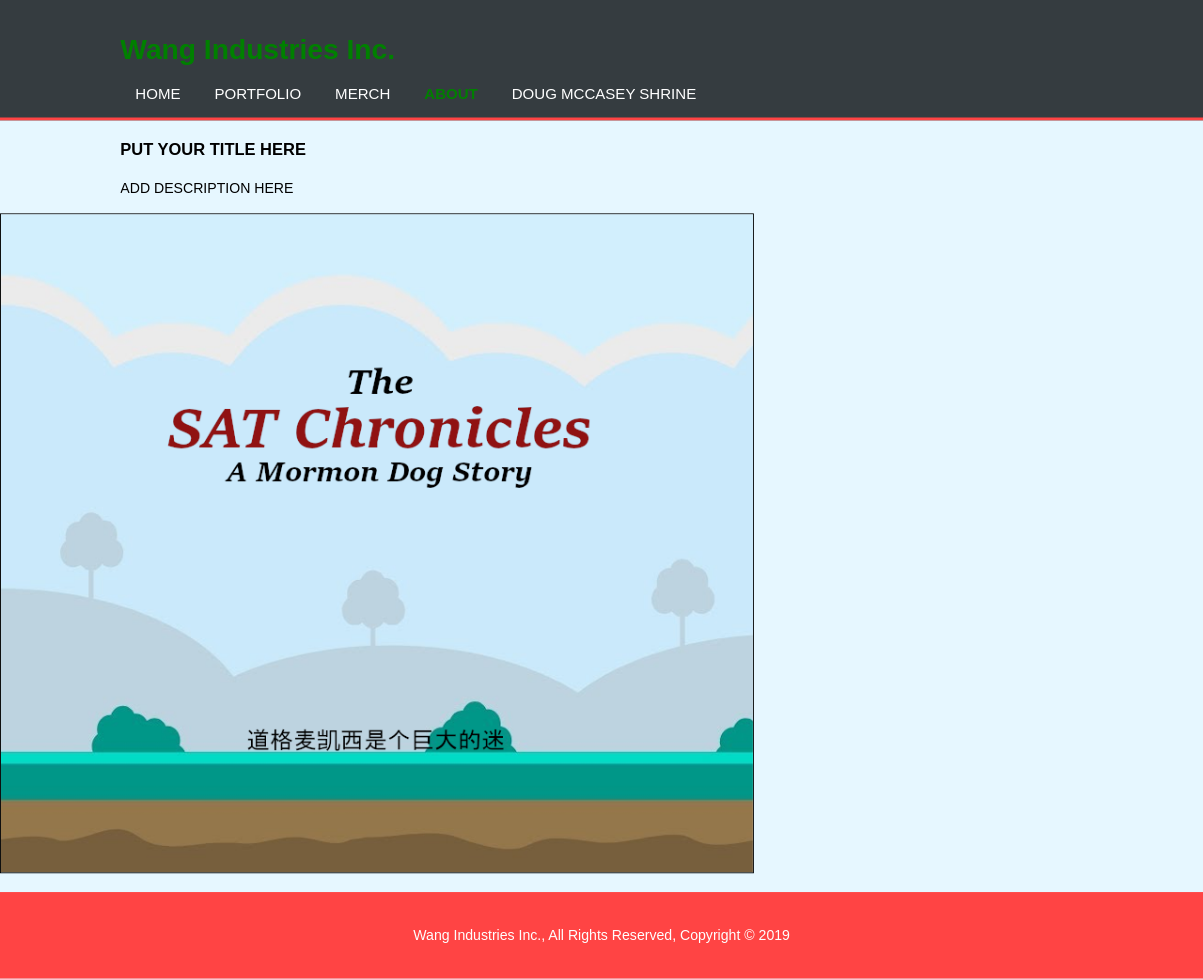
Repository: albert031/albert031.github.io
Page: projects/thesatchronicles.html
The author's editor kept a record of every edit. The page is drawn from the files as they stood at one moment, then again after the next edit.
The browser window is 1280 px wide. The pictures show the whole page, at 94% of full size.

Above is the page before.

### projects/thesatchronicles.html
<!DOCTYPE HTML w/ Processing>

<html>
  <head>
      <meta http-equiv="Content-Type" content="text/html; charset=UTF-8" />
      <title>Albert's Website | The SAT Chronicles</title>
      <script type="text/javascript" src="../js/processing.js"></script>
      <meta name=viewport content=width=device-width>
      <link rel=stylesheet type=text/css href=../css/style.css>
  </head>

  <body>
    <header>
        <div class=container>
            <div id=branding>
                <h1 class=highlight>Wang Industries Inc.</h1>
            </div>
        </div>
        <nav>
            <div class=dropdown>
                <button class=dropbtn><a href=../index.html>Home</a></button>
            </div>
            <div class=dropdown>
                <button class=dropbtn><a href=../portfolio.html>Portfolio</a></button>
                <div class=dropdown-content>
                    <a href="#">Dagu makkeishī Ramen Noodles™</a>
                    <a href="#">Dagu makkeishī ChopSticks™</a>
                    <a href="#">Dagu makkeishī Premium Soysauce Ultra Mega Doug Size™</a>
                </div>
            </div>
            <div class=dropdown>
                <button class=dropbtn><a href=../merch.html>Merch</a></button>
                <div class=dropdown-content>
                    <a href="#">Dagu makkeishī Ramen Noodles™</a>
                    <a href="#">Dagu makkeishī ChopSticks™</a>
                    <a href="#">Dagu makkeishī Premium Soysauce Ultra Mega Doug Size™</a>
                </div>
            </div>
            <div class=dropdown>
                <button class="dropbtn current"><a href=../about.html>About</a></button>
            </div>
            <div class=dropdown>
                <button class=dropbtn><a href=../dougshrine.html>Doug McCasey Shrine</a></button>
                <div class=dropdown-content>
                    <a href=dougthethug.html>Doug the Thug</a>
                </div>
            </div>
        </nav>
    </header>

    <section id=main>
      <div class=container>
        <article>
          <h1>PUT YOUR TITLE HERE</h1>
          <p>ADD DESCRIPTION HERE</p>
        </article>
      </div>
    </section>

    <script type="text/processing">
      PImage bg, bg1, dou, topPipe, botPipe, replayButton;
      int bgx, bgy, dx, dy, g, Vdy;
      int[] pipeX, pipeY;
      int gameState, score;
      float speed;

      void setup(){
        size(800,700);
        bg = loadImage("../imgsatchronicles/bg.png");
        bg1 = loadImage("../imgsatchronicles/startscreen.png");
        dou = loadImage("../imgsatchronicles/doug.png");
        botPipe = loadImage("../imgsatchronicles/botpipe.png");
        topPipe = loadImage("../imgsatchronicles/topPipe.png");
        replayButton = loadImage("../imgsatchronicles/replaybutton.png");
        dx = 100;
        dy = 50;
        g = 1;
        speed = 4;
        pipeX = new int[5];
        pipeY = new int[pipeX.length];
        for(int i = 0; i < pipeX.length; i++){
          pipeX[i] = width + 200*i;
          pipeY[i] = (int)random(-350, 0);
        }
        gameState = -1;
      }

      void draw(){
        if(gameState == -1){
          startScreen();
        }
        if(gameState == 0){
          setBg();
          setPipes();
          moveDoug();
          scoreCounter();
        }
        if(gameState == 1){
          fill(0);
          text("You failed the SAT", 20, 500);
          replay();
        }
      }

      void scoreCounter(){
        fill(0);
        textSize(32);
        text("SAT Score: " + 100*score, width - 300, 40);
      }


      void startScreen(){
        image(bg1, 0, 0);
        if(mousePressed){
          dy = height/2;
          gameState = 0;
        }
      }

      void replay(){
        image(replayButton, 20, 550);
      }

      void setPipes(){
        for(int i = 0; i < pipeX.length; i++){
          image(topPipe, pipeX[i], pipeY[i]);
          image(botPipe, pipeX[i], pipeY[i] + 680);
          if(score < 8){
            pipeX[i] -= 4;
          }
          else{
            pipeX[i] -= speed;
            if(speed < 6){
              speed = speed + .001;
            }
          }
          if(pipeX[i] < -200){
            pipeX[i] = width;
          }
          if(dx > (pipeX[i] - 45) && dx < pipeX[i] + 70){
            if(!(dy > pipeY[i] + 450 && dy < pipeY[i] + (450 + 230-49))){
               gameState = 1;
            }
            else if(dx == pipeX[i] || dx == pipeX[i] + 3){
              score++;
            }
          }
        }
      }

      void moveDoug(){
        image(dou, dx, dy);
        dy = dy + Vdy;
        Vdy = Vdy + g;
        if(dy > height || dy < 0){
          text("You get accused of cheating", 20, 400);
          gameState = 1;
        }
      }


      void mousePressed(){
        Vdy = -15;
        if(mouseX < 70 && mouseX > 20 && mouseY < 600 && mouseY > 500){
            setup();
            score = 0;
        }
      }

      void setBg(){
        image(bg, bgx, bgy);
        image(bg, bgx + bg.width, bgy);
        bgx = bgx - 4;
        if(bgx < -bg.width){
          bgx = 0;
        }
      }

    </script>
    <canvas id="sketch" style="border: 1px solid black;"></canvas>

    <footer>
        <p>Wang Industries Inc., All Rights Reserved, Copyright &copy 2019</p>
    </footer>
  </body>

</html>

### css/style.css
/*CSS Style Sheet */

body{
    font-family:Arial, Helvetica, sans-serif;
    font-size:15px;
    line-height:1.5;
    padding:0;
    margin:0;
    background-color:#e6f7ff;
}

/* Global */
.container{
    width:80%;
    margin:auto;
    overflow:hidden;
}

ul {
    margin:0;
    padding:0;
}

.button_1{
    height:38px;
    background:#ff4444;
    border:0;
    padding-left:20px;
    padding-right:20px;
    color:#ffffff;
}

@keyframes rainbow{
    0% {color:red;}
    17% {color:orange;}
    34% {color:yellow;}
    50% {color:green;}
    67% {color:blue;}
    84% {color:indigo;}
    100% {color:violet;}
}

/* Header */
header{
    background:#353c40;
    color:#ffffff;
    padding-top:30px;
    min-height:70px;
    border-bottom: #ff4444 3px solid;
    list-style:none;
}

header a{
    text-decoration:none;
    text-transform:uppercase;
    color:#ffffff;
}

header nav{
    width:80%;
    margin:auto;
}

.dropbtn {
  background-color: transparent;
  outline:none;
  padding: 16px;
  font-size: 16px;
  border: none;
}

/* The container <div> - needed to position the dropdown content */
.dropdown {
  position: relative;
  display: inline-block;
}

/* Dropdown Content (Hidden by Default) */
.dropdown-content {
  display: none;
  position: absolute;
  background-color: #f1f1f1;
  min-width: 160px;
  box-shadow: 0px 8px 16px 0px rgba(0,0,0,0.2);
  z-index: 1;
}

/* Links inside the dropdown */
.dropdown-content a{
  color: black;
  padding: 12px 16px;
  text-decoration: none;
  display: block;
}

/* Change color of dropdown links on hover */
.dropdown-content a:hover {
    background-color: #ddd;
}

/* Show the dropdown menu on hover */
.dropdown:hover .dropdown-content {
    display: block;
}

header #branding{
    float:left;
}

header #branding h1{
    margin:0;
}

header .highlight, header .current a{
    animation:rainbow 2s linear infinite alternate;
    font-weight:bold;
}

header a:hover{
    color:#ff0000;
    font-weight:bold;
}

/* Showcase */
#showcase{
    min-height:400px;
    background-image:url(../img/ramenpic.jpg);
    background-position:center center;
    background-repeat:no-repeat;
    text-align:center;
    color:#000000;
}

#showcase h1{
    margin-top:100px;
    font-size:55px;
    margin-bottom:10px;
}

#showcase p{
    font-size:20px;
}

#order{
    padding:15px;
    color:#ffffff;
    background:#353c40;
}

/* Order */
#order h1{
    float:left;
}

#order form{
    float:right;
    margin-top:15px;
}

#order input[type=name]{
    padding:4px;
    height:25px;
    width:250px;
}

/* Boxes */
#boxes{
    margin-top:20px;
}

#boxes .box{
    float:left;
    text-align:center;
    width:30%;
    padding:10px;
}

#boxes .box img{
    width:150px;
}

/* Main-col */
article#main-col{
    float:left;
    width:65%;
}

footer{
    padding:20px;
    margin-top:20px;
    color:#ffffff;
    background-color:#ff4444;
    text-align:center;
}

/* Boxes around each project */
.project{
	background-color: #353c40;
	font-size: 100%;
	padding: 1%;
	width: 320px;
	height: 320px;
	float: left;
	text-align:center;
	border-radius: 5px;
	margin:1%;
}

.project a{
	color:#ffffff;
	text-decoration: none;
	font-size: 16px;
}

.project h1{
    color:#ffffff;
}

.project iframe{
    width:100%;
}

.project img{
    width:100%;
}

.project a:hover{
    color:#ff0000;
    font-weight:bold;
}

/* Media Queries */
@media(max-width:768px){
    header #branding,
    header nav,
    header nav li,
    #order h1,
    #order form,
    #boxes .box{
        float:none;
        text-align:center;
        width:100%;
        }

    header{
        padding-bottom:20px;
    }

    #showcase h1{
        margin-top:40px;
    }

    #order button{
        display:block;
        width:100%;
    }

    #order form input[type=name]{
        width:100%;
        margin-bottom:5px
    }
}

Loaded but not shown: js/processing.js (library)

After the next edit:
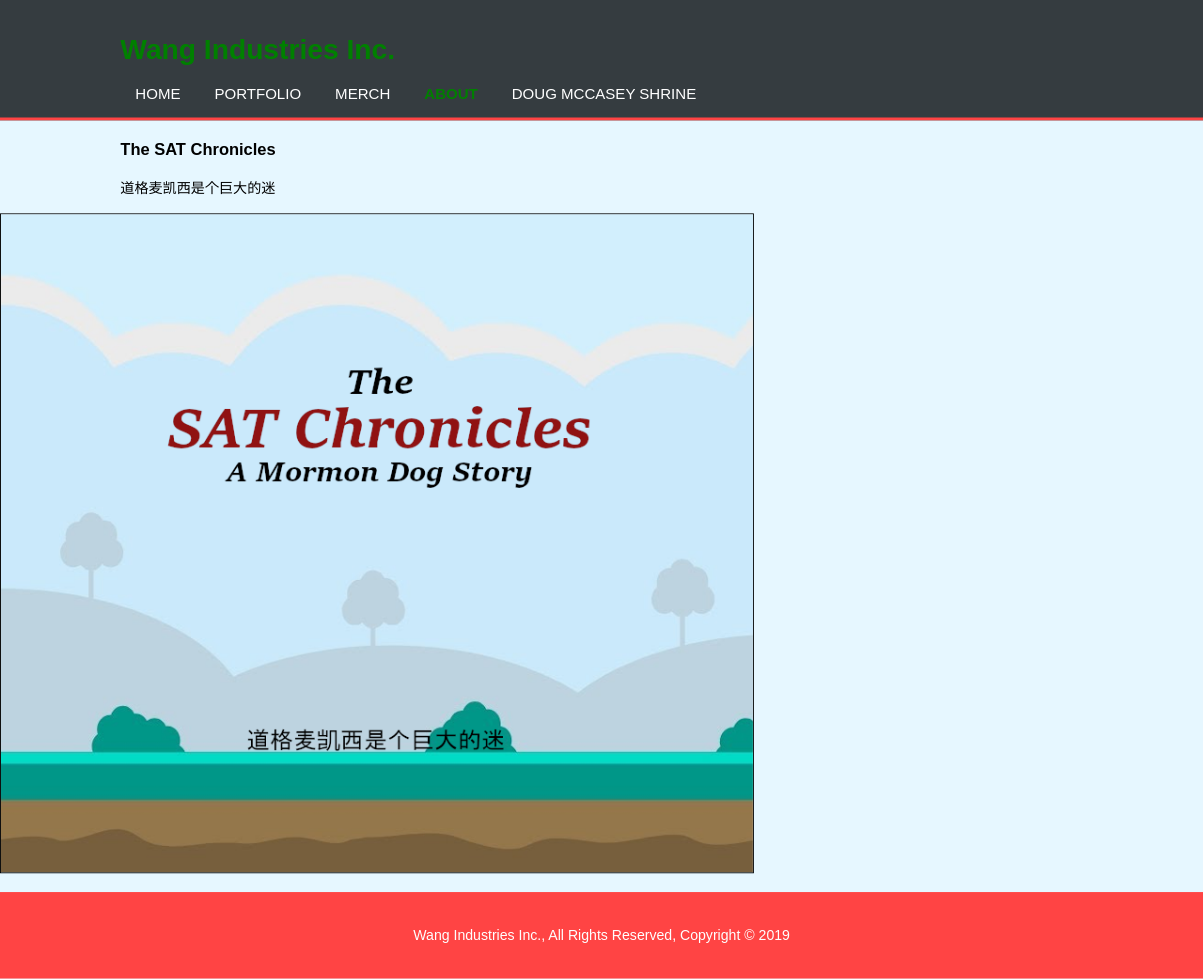
The edit:
--- a/projects/thesatchronicles.html
+++ b/projects/thesatchronicles.html
@@ -50,9 +50,9 @@
 
     <section id=main>
       <div class=container>
-        <article>
-          <h1>PUT YOUR TITLE HERE</h1>
-          <p>ADD DESCRIPTION HERE</p>
+        <article id=main-col>
+          <h1>The SAT Chronicles</h1>
+          <p>道格麦凯西是个巨大的迷</p>
         </article>
       </div>
     </section>
